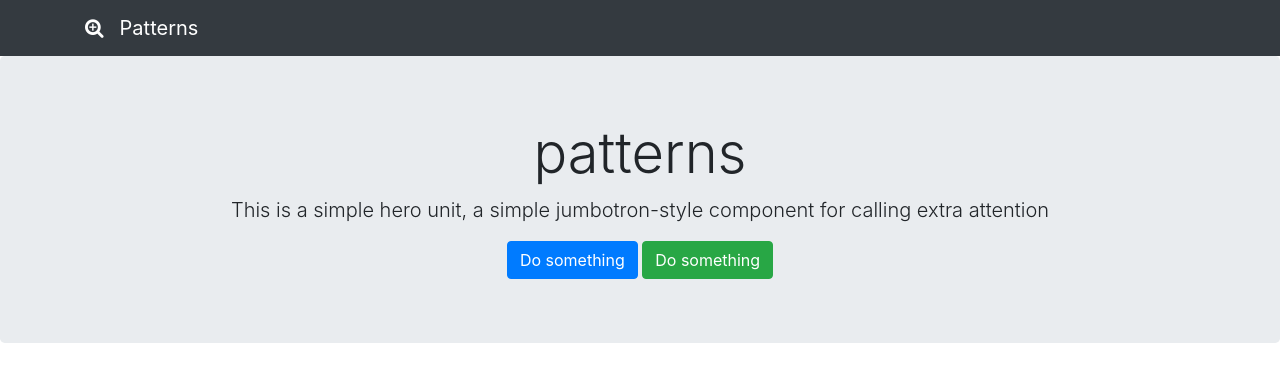
Repository: Mietlicha/patterns
Page: index.html
An editor plug-in stored every save of this project. The page is shown before and after the next save, followed by the edit.
The browser window is 1280 px wide. The pictures show the whole page.

Above is the page before, as saved 2019-10-24 11:24:56.

### index.html
<!DOCTYPE html>
<html lang="en">

<head>
    <meta charset="UTF-8">
    <meta name="viewport" content="width=device-width, initial-scale=1.0">
    <meta http-equiv="X-UA-Compatible" content="ie=edge">
    <title>Document</title>
    <link rel="stylesheet" href="style.css">
    <link rel="stylesheet" href="https://stackpath.bootstrapcdn.com/bootstrap/4.3.1/css/bootstrap.min.css"
        integrity="sha384-ggOyR0iXCbMQv3Xipma34MD+dH/1fQ784/j6cY/iJTQUOhcWr7x9JvoRxT2MZw1T" crossorigin="anonymous">
    <link rel="stylesheet" href="https://cdnjs.cloudflare.com/ajax/libs/font-awesome/4.7.0/css/font-awesome.min.css">

</head>

<body>
    <nav class="navbar navbar-dark bg-dark">
        <div class="container"><a class="navbar-brand" href="#"><i class="fa fa-search-plus mr-3" aria-hidden="true"></i>Patterns</a></div>
    </nav>
    <article>
    <section id="header" class="jumbotron">
        <div class="container text-center">
            <h1 class="display-4">patterns</h1>
            <p class="lead">This is a simple hero unit, a simple jumbotron-style component for calling extra attention</p>
            <a href="#" class="btn btn-primary">Do something</a>
            <a href="#" class="btn btn-success">Do something</a>
            </div>
            </section>
        </article>


    <script src="https://code.jquery.com/jquery-3.3.1.slim.min.js"
        integrity="sha384-q8i/X+965DzO0rT7abK41JStQIAqVgRVzpbzo5smXKp4YfRvH+8abtTE1Pi6jizo"
        crossorigin="anonymous"></script>
    <script src="https://cdnjs.cloudflare.com/ajax/libs/popper.js/1.14.7/umd/popper.min.js"
        integrity="sha384-UO2eT0CpHqdSJQ6hJty5KVphtPhzWj9WO1clHTMGa3JDZwrnQq4sF86dIHNDz0W1"
        crossorigin="anonymous"></script>
    <script src="https://stackpath.bootstrapcdn.com/bootstrap/4.3.1/js/bootstrap.min.js"
        integrity="sha384-JjSmVgyd0p3pXB1rRibZUAYoIIy6OrQ6VrjIEaFf/nJGzIxFDsf4x0xIM+B07jRM"
        crossorigin="anonymous"></script>
</body>

</html>

### style.css
#header{
    background: url(imgs/header.jpeg) contain;
}

After the next save:
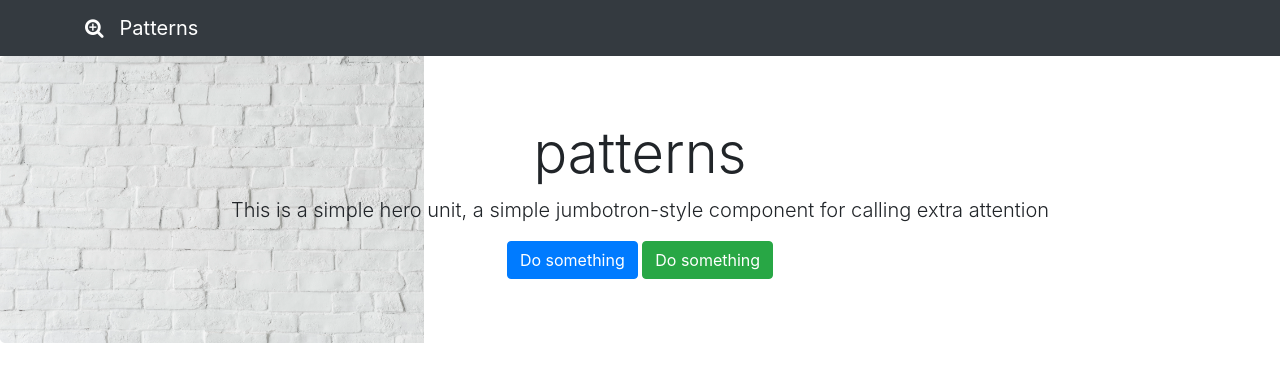
Saved 47 s later.
--- a/style.css
+++ b/style.css
@@ -1,3 +1,4 @@
 #header{
-    background: url(imgs/header.jpeg) contain;
+    background: url(imgs/header.jpeg) no-repeat;
+    background-size: contain;
 }
